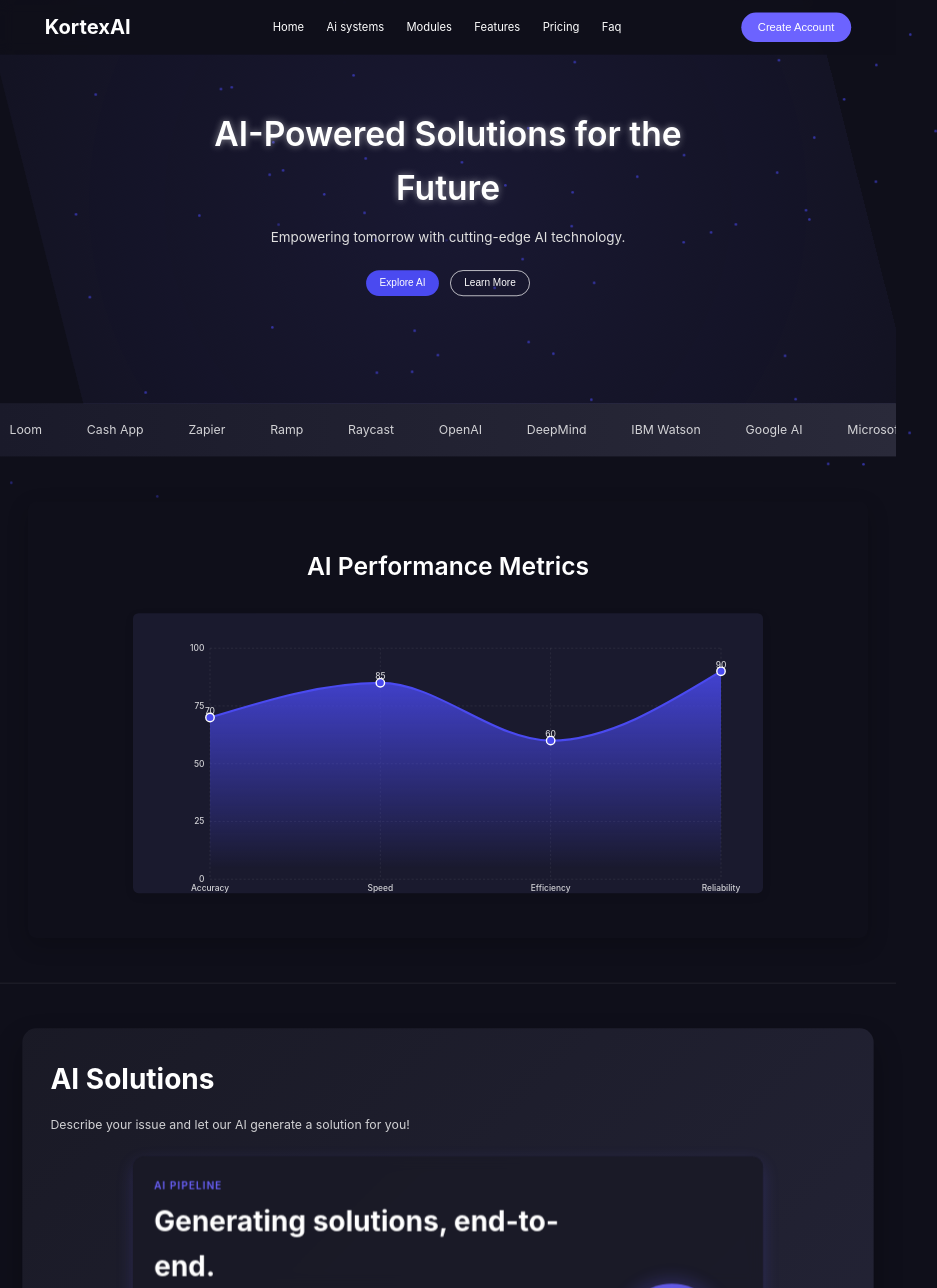
Repository: Rayyy-dev/Kortex-AI
Page: /
An editor plug-in stored every save of this project. The page is shown before and after the next save, followed by the edit.
The browser window is 1280 px wide. The page is 1338 px wide, then 1336 px, then 1338 px, so the pictures cover 1338 px, including what lies to the right of the window. The pictures show the part of the page from y = 0 to 1840 px (the page is 3621 px tall before and 3078 px after), at 70% of full size.
The project was rebuilt for these pictures with package versions that can differ from the ones it lists, and the page was loaded fresh each time.

Above is the page before, as saved 2024-10-15 21:07:44.

After the next save:
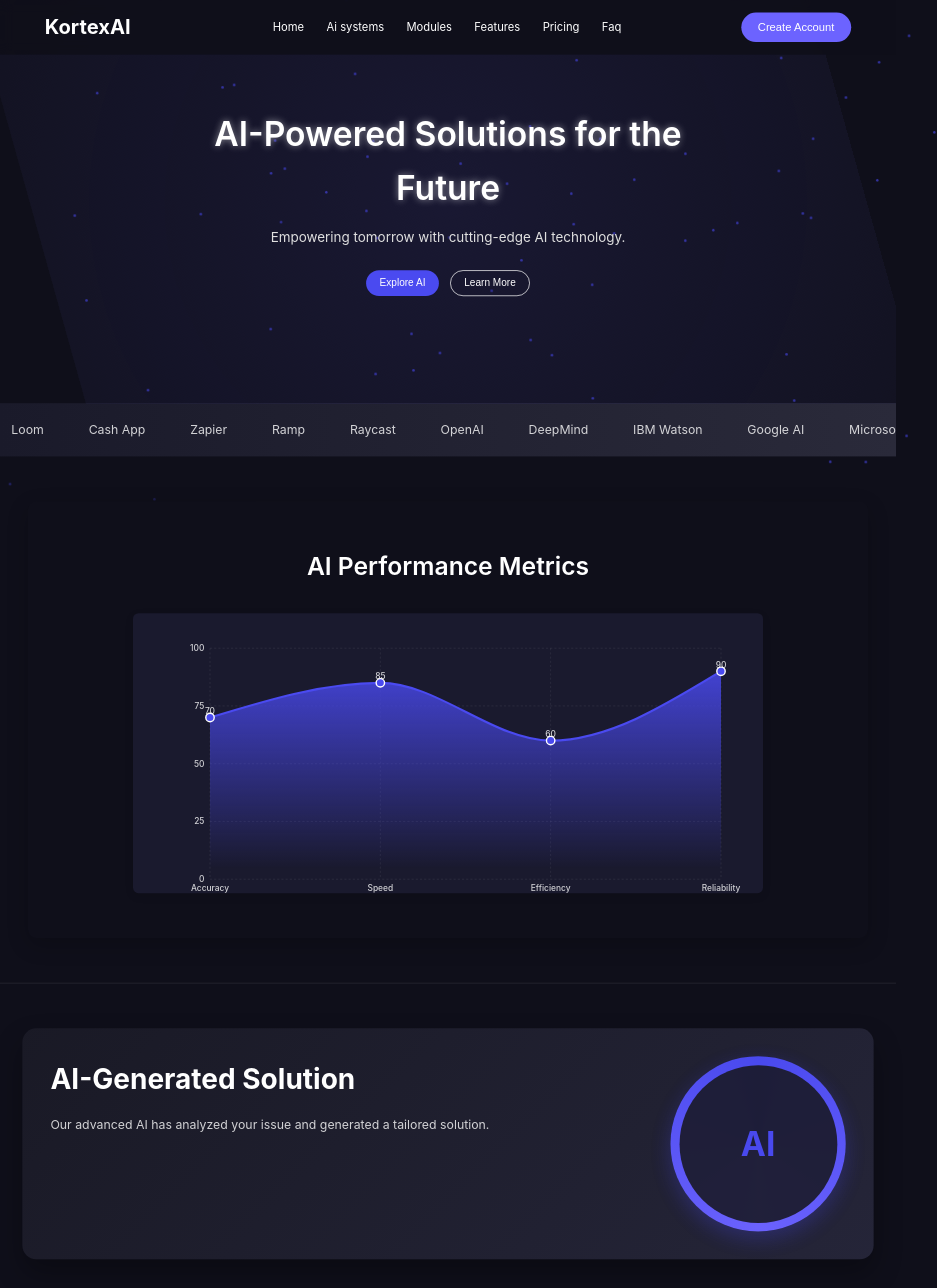
Saved 11 s later.
--- a/src/App.js
+++ b/src/App.js
@@ -285,52 +285,22 @@
         <div className="background-section" ref={backgroundRef}>
           <div className="background-content">
             <div className="ai-solution-box">
-              <h2>AI Solutions</h2>
-              <p>Describe your issue and let our AI generate a solution for you!</p>
-
-              {/* New AI Pipeline Section */}
-              <div className="ai-pipeline-section">
-                <div className="ai-pipeline-content">
-                  <div className="ai-pipeline-text">
-                    <h3 className="ai-pipeline-subtitle">AI Pipeline</h3>
-                    <h2 className="ai-pipeline-title">Generating solutions, end-to-end.</h2>
-                    <div className="ai-pipeline-steps">
-                      <div className={`ai-pipeline-step ${activeStep === 0 ? 'active' : ''}`}>
-                        <span className="step-icon">✨</span>
-                        <h4>Analyzing prompt...</h4>
-                        <p>KortexAI determines the subject and context of your issue.</p>
-                      </div>
-                      <div className={`ai-pipeline-step ${activeStep === 1 ? 'active' : ''}`}>
-                        <span className="step-icon">🔧</span>
-                        <h4>Crafting solutions...</h4>
-                        <p>Next, it generates tailored solutions based on the analysis.</p>
-                      </div>
-                      <div className={`ai-pipeline-step ${activeStep === 2 ? 'active' : ''}`}>
-                        <span className="step-icon">🚀</span>
-                        <h4>Review and implement!</h4>
-                        <p>The solution is ready – your turn to put it into action.</p>
-                      </div>
-                    </div>
-                    <div className="get-started-container">
-                      <button className="get-started-btn">Get Started</button>
-                    </div>
-                  </div>
-                  <div className="ai-pipeline-visual">
-                    <div className="ai-orb">
-                      <div className="ai-orb-inner"></div>
-                    </div>
-                    <p className="generating-text">Generating your solution... {generatingProgress}%</p>
+              <div className="ai-solution-content">
+                <div className="ai-solution-text">
+                  <h2>AI-Generated Solution</h2>
+                  <p>Our advanced AI has analyzed your issue and generated a tailored solution.</p>
+                  <div className="solution-output">
+                    <p>
+                      Based on the analysis, we recommend implementing a multi-layered approach:
+                      1. Optimize your database queries to reduce load times.
+                      2. Implement a caching mechanism for frequently accessed data.
+                      3. Utilize asynchronous processing for non-critical tasks.
+                      4. Scale your infrastructure horizontally to handle increased traffic.
+                      5. Implement a content delivery network (CDN) for static assets.
+                    </p>
                   </div>
                 </div>
-              </div>
-
-              {/* Existing input and output areas */}
-              <div className="input-group">
-                <input type="text" placeholder="Enter your issue here..." />
-                <button className="generate-btn">Generate Solution</button>
-              </div>
-              <div className="solution-output">
-                <p>AI-generated solution will appear here...</p>
+                <div className="ai-visual"></div>
               </div>
             </div>
 

After the save that followed:
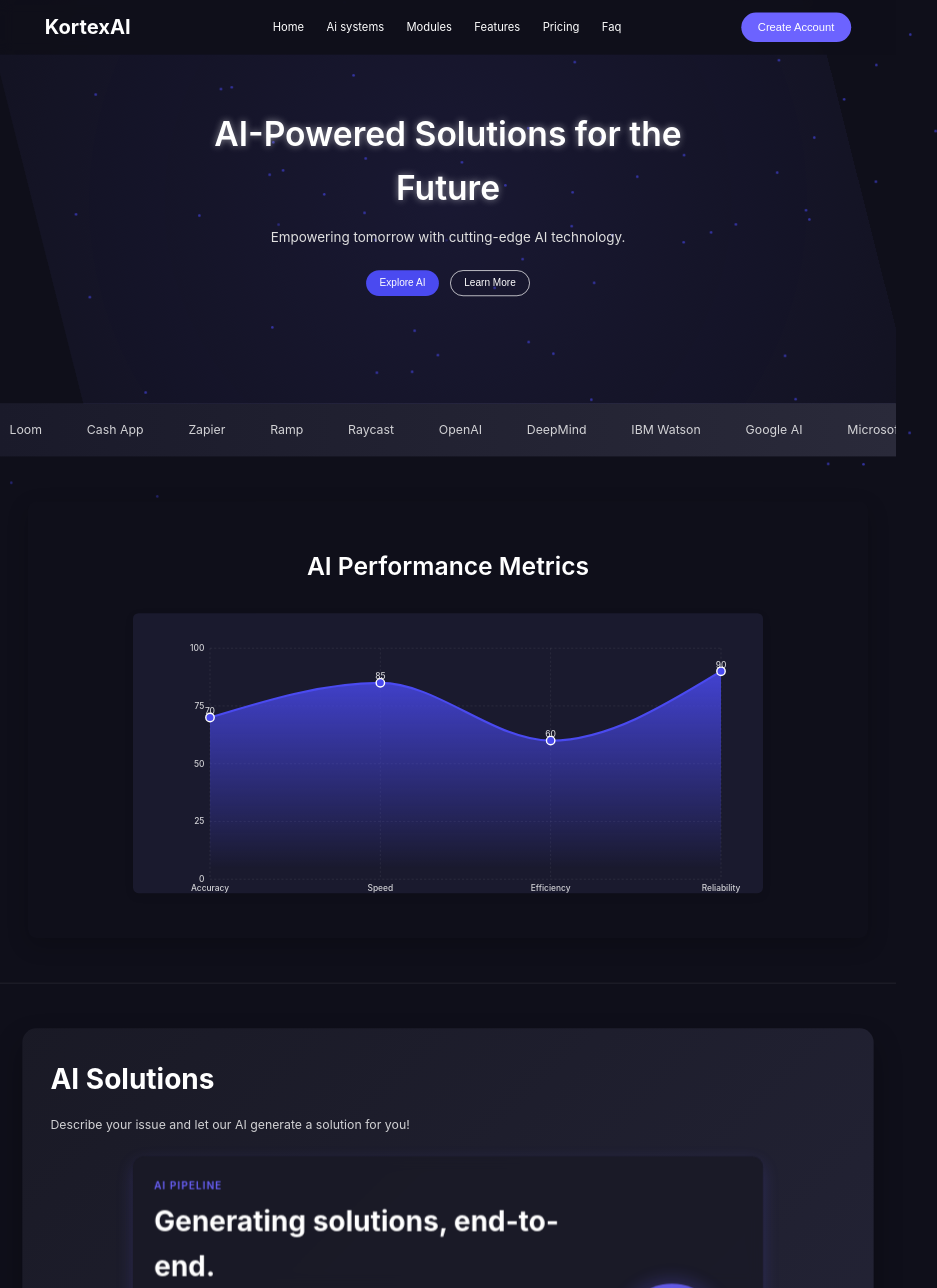
Saved 20 s later.
--- a/src/App.js
+++ b/src/App.js
@@ -285,22 +285,52 @@
         <div className="background-section" ref={backgroundRef}>
           <div className="background-content">
             <div className="ai-solution-box">
-              <div className="ai-solution-content">
-                <div className="ai-solution-text">
-                  <h2>AI-Generated Solution</h2>
-                  <p>Our advanced AI has analyzed your issue and generated a tailored solution.</p>
-                  <div className="solution-output">
-                    <p>
-                      Based on the analysis, we recommend implementing a multi-layered approach:
-                      1. Optimize your database queries to reduce load times.
-                      2. Implement a caching mechanism for frequently accessed data.
-                      3. Utilize asynchronous processing for non-critical tasks.
-                      4. Scale your infrastructure horizontally to handle increased traffic.
-                      5. Implement a content delivery network (CDN) for static assets.
-                    </p>
+              <h2>AI Solutions</h2>
+              <p>Describe your issue and let our AI generate a solution for you!</p>
+
+              {/* New AI Pipeline Section */}
+              <div className="ai-pipeline-section">
+                <div className="ai-pipeline-content">
+                  <div className="ai-pipeline-text">
+                    <h3 className="ai-pipeline-subtitle">AI Pipeline</h3>
+                    <h2 className="ai-pipeline-title">Generating solutions, end-to-end.</h2>
+                    <div className="ai-pipeline-steps">
+                      <div className={`ai-pipeline-step ${activeStep === 0 ? 'active' : ''}`}>
+                        <span className="step-icon">✨</span>
+                        <h4>Analyzing prompt...</h4>
+                        <p>KortexAI determines the subject and context of your issue.</p>
+                      </div>
+                      <div className={`ai-pipeline-step ${activeStep === 1 ? 'active' : ''}`}>
+                        <span className="step-icon">🔧</span>
+                        <h4>Crafting solutions...</h4>
+                        <p>Next, it generates tailored solutions based on the analysis.</p>
+                      </div>
+                      <div className={`ai-pipeline-step ${activeStep === 2 ? 'active' : ''}`}>
+                        <span className="step-icon">🚀</span>
+                        <h4>Review and implement!</h4>
+                        <p>The solution is ready – your turn to put it into action.</p>
+                      </div>
+                    </div>
+                    <div className="get-started-container">
+                      <button className="get-started-btn">Get Started</button>
+                    </div>
+                  </div>
+                  <div className="ai-pipeline-visual">
+                    <div className="ai-orb">
+                      <div className="ai-orb-inner"></div>
+                    </div>
+                    <p className="generating-text">Generating your solution... {generatingProgress}%</p>
                   </div>
                 </div>
-                <div className="ai-visual"></div>
+              </div>
+
+              {/* Existing input and output areas */}
+              <div className="input-group">
+                <input type="text" placeholder="Enter your issue here..." />
+                <button className="generate-btn">Generate Solution</button>
+              </div>
+              <div className="solution-output">
+                <p>AI-generated solution will appear here...</p>
               </div>
             </div>
 
